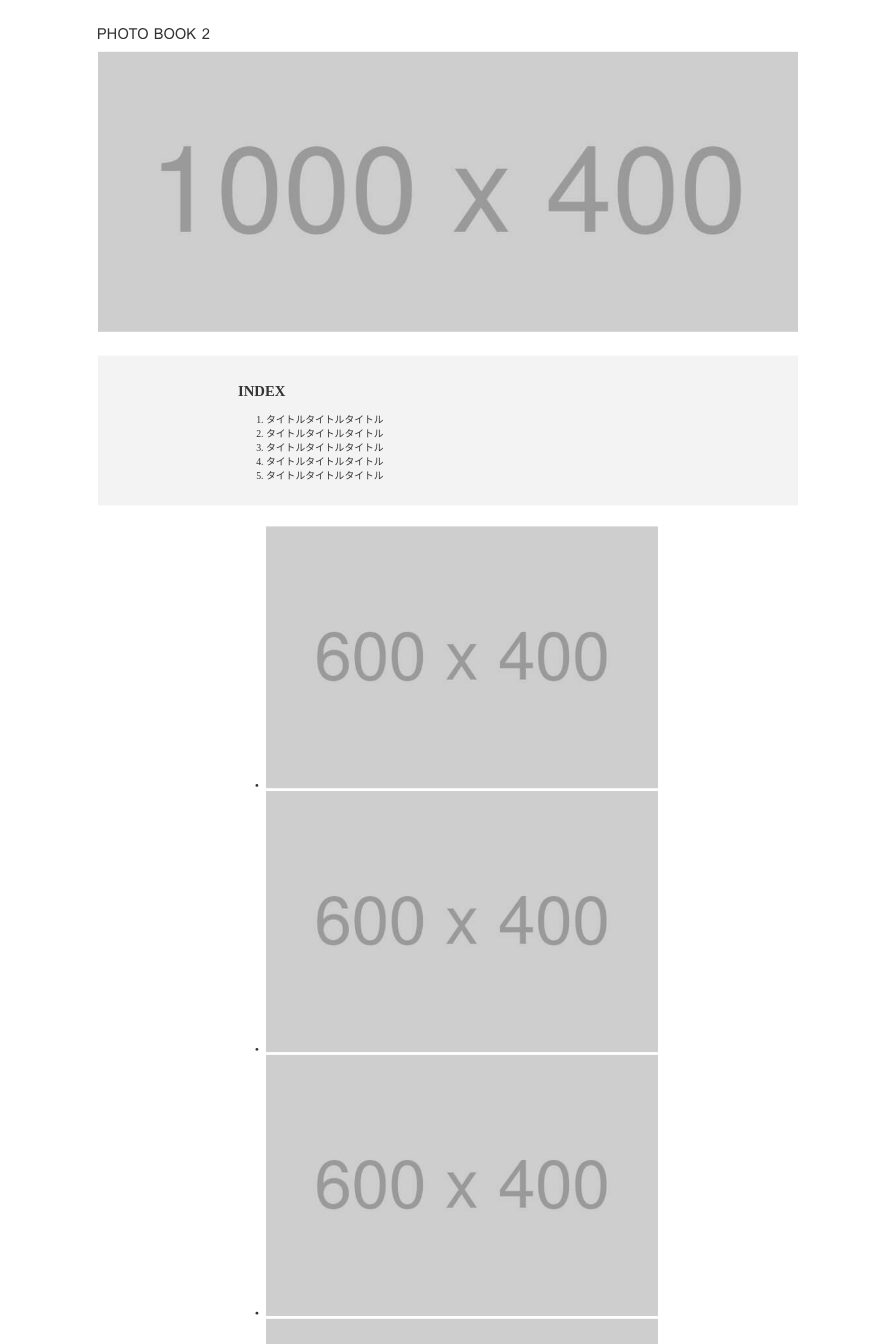
Repository: Fuki-san/photo-book-2
Page: http://localhost/photobook
These files come from the project's save history. The page is drawn as it stood at one moment and after the next save; the edit follows.
The browser window is 1280 px wide. The pictures show the part of the page from y = 0 to 1920 px (the page is 2587 px tall), at 70% of full size.
The page is served by the project's Laravel application, run on PHP 8.4 with Laravel 10.

Above is the page before, as saved 2023-11-30 11:48:10.

After the next save:
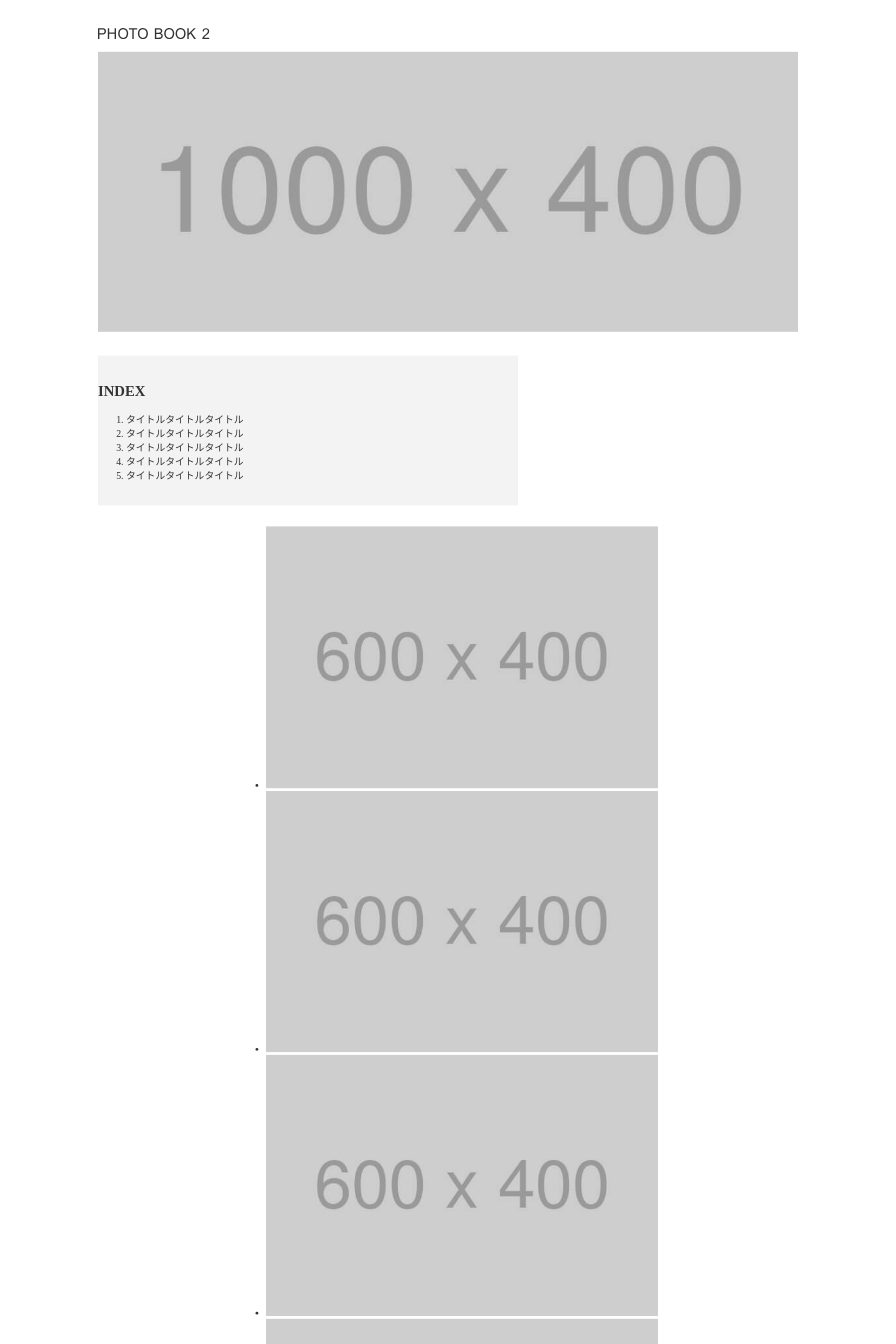
Saved 25 s later.
--- a/public/css/style.css
+++ b/public/css/style.css
@@ -31,7 +31,7 @@ img{
     display: block;
 }
 /* indexx */
-#index {
+#index .inner{
     background-color: #f3f3f3;
     padding: 20px 0;
     margin: 30px 0;
